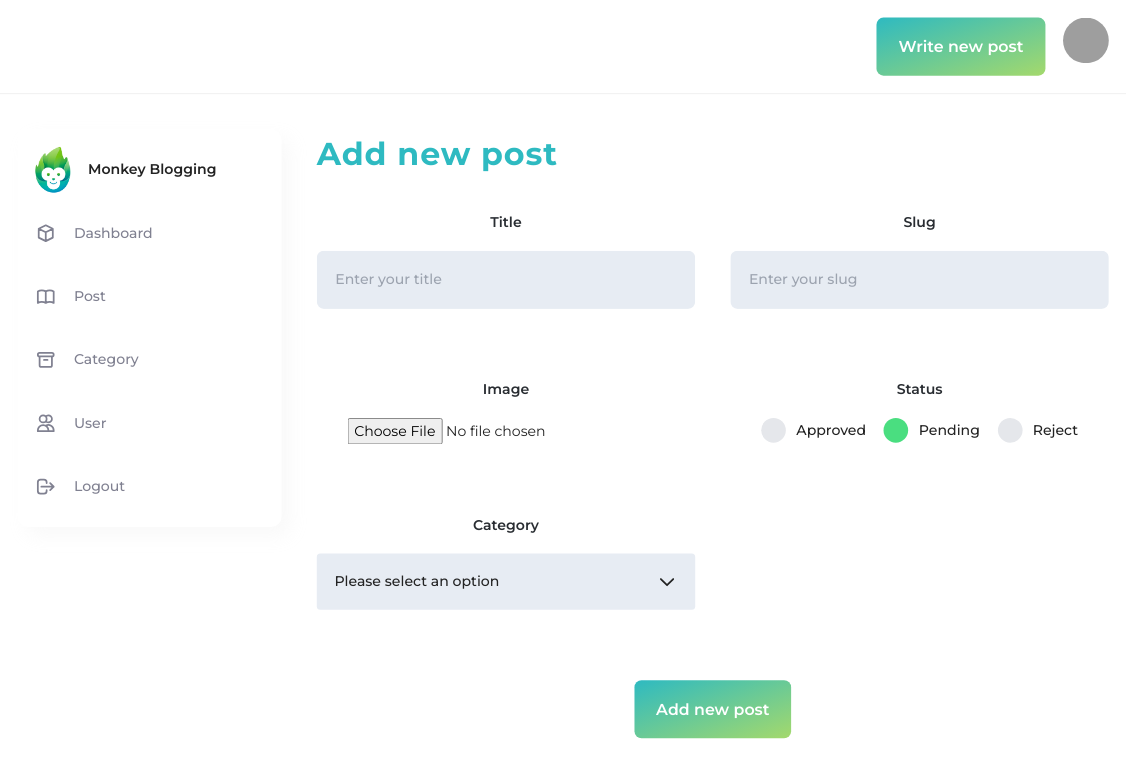
Repository: ThanhPhongsof/react-course-projects
Page: /manage/add-post (app in react-monkey-bloging/)
An editor plug-in stored every save of this project. The page is shown before and after the next save, followed by the edit.
The browser window is 1280 px wide. The pictures show the whole page, at 88% of full size.
Pictures or frames that could not be fetched are drawn as grey boxes. The project was rebuilt for these pictures with package versions that can differ from the ones it lists, and the page was loaded fresh each time. Also part of the build but not shown: react-monkey-bloging/src/page/AuthenticationPage.js, react-monkey-bloging/src/components/icon/IconEyeOpen.js, react-monkey-bloging/src/components/icon/IconEyeClose.js, react-monkey-bloging/src/components/icon/index.js, react-monkey-bloging/src/components/input/InputPasswordToggle.js, react-monkey-bloging/src/page/SignUpPage.js, react-monkey-bloging/src/page/SignInPage.js, react-monkey-bloging/src/components/layout/Header.js and 21 more. Imported but missing from the stored project, and not drawn on this page: react-monkey-bloging/src/components/loading/LoadingSpinner, react-monkey-bloging/src/module/post/PostMeta.

Above is the page before, as saved 2022-05-09 09:10:04.

### react-monkey-bloging/public/index.html
<!DOCTYPE html>
<html lang="en">
  <head>
    <meta charset="utf-8" />
    <link rel="icon" href="%PUBLIC_URL%/favicon.ico" />
    <meta name="viewport" content="width=device-width, initial-scale=1" />
    <meta name="theme-color" content="#000000" />
    <meta
      name="description"
      content="Web site created using create-react-app"
    />
    <link rel="apple-touch-icon" />

    <link rel="manifest" href="%PUBLIC_URL%/manifest.json" />
    <link rel="preconnect" href="https://fonts.googleapis.com" />
    <link rel="preconnect" href="https://fonts.gstatic.com" crossorigin />
    <link
      href="https://fonts.googleapis.com/css2?family=Montserrat:wght@400;500;600;700&display=swap"
      rel="stylesheet"
    />
    <title>Monkey Blogging App</title>
  </head>
  <body>
    <noscript>You need to enable JavaScript to run this app.</noscript>
    <div id="root"></div>
    <!--
      This HTML file is a template.
      If you open it directly in the browser, you will see an empty page.

      You can add webfonts, meta tags, or analytics to this file.
      The build step will place the bundled scripts into the <body> tag.

      To begin the development, run `npm start` or `yarn start`.
      To create a production bundle, use `npm run build` or `yarn build`.
    -->
  </body>
</html>

### react-monkey-bloging/src/index.js
import React from "react";
import "./styles/index.scss";
import App from "./App";
import reportWebVitals from "./reportWebVitals";
import { ThemeProvider } from "styled-components";
import { GlobalStyles } from "./styles/GlobalStyles";
import { theme } from "./utils/constants";
import { BrowserRouter } from "react-router-dom";
import { createRoot } from "react-dom/client";
import { ToastContainer } from "react-toastify";
import "react-toastify/dist/ReactToastify.css";
const container = document.getElementById("root");
const root = createRoot(container);

root.render(
  <React.StrictMode>
    <ThemeProvider theme={theme}>
      <GlobalStyles></GlobalStyles>
      <BrowserRouter>
        <App />
        <ToastContainer></ToastContainer>
      </BrowserRouter>
    </ThemeProvider>
  </React.StrictMode>
);

reportWebVitals();

### react-monkey-bloging/src/styles/index.scss
@tailwind base;
@tailwind components;
@tailwind utilities;
@import "reset";

@layer base {
  body {
    line-height: 1.5;
    // -webkit-font-smoothing: antialiased;
    -webkit-tap-highlight-color: rgba(0, 0, 0, 0);
    font-family: "Montserrat", sans-serif;
    font-size: 16px;
    color: #232323;
  }
}
.container {
  width: 100%;
  max-width: 1260px;
  margin: 0 auto;
  padding: 0 20px;
}
a {
  text-decoration: none;
  color: inherit;
}
.text-primary {
  color: #a4d96c;
}
.grid-layout {
  display: grid;
  grid-auto-columns: 235px;
  gap: 20px;
  -ms-overflow-style: none;
  scrollbar-width: none;
  &::-webkit-scrollbar {
    display: none;
  }
  @media screen and (min-width: 1024px) {
    grid-template-columns: repeat(3, minmax(0, 1fr));
    gap: 40px;
  }
  @media screen and (max-width: 1023.98px) {
    grid-auto-flow: column;
    scroll-snap-type: x mandatory;
    overflow-x: auto;
  }
  & > * {
    scroll-snap-align: start;
  }
  &--primary {
    grid-auto-columns: 220px;
    @media screen and (min-width: 1024px) {
      grid-template-columns: repeat(4, minmax(0, 1fr));
    }
  }
}
.home-block {
  padding-bottom: 40px;
  @media screen and (min-width: 1024px) {
    padding-bottom: 60px;
  }
}
.entry-content {
  font-size: 16px;
  h2,
  h3,
  h4 {
    font-weight: bold;
    margin-bottom: 20px;
  }
  h2 {
    font-size: 32px;
  }
  h3 {
    font-size: 26px;
  }
  h4 {
    font-size: 22px;
  }
  p {
    margin-bottom: 20px;
    line-height: 2;
  }
  figure {
    margin-bottom: 20px;
  }
  figure img {
    border-radius: 20px;
    margin-bottom: 10px;
  }
  figcaption {
    text-align: center;
    font-style: italic;
    font-size: 14px;
    color: #6b6b6b;
  }
  @media screen and (max-width: 1023.98px) {
    font-size: 14px;
    h2 {
      font-size: 26px;
    }
    h3 {
      font-size: 24px;
    }
    h4 {
      font-size: 20px;
    }
  }
}
.hidden-input {
  border: 0;
  clip: rect(0 0 0 0);
  height: 1px;
  margin: -1px;
  overflow: hidden;
  padding: 0;
  position: absolute;
  width: 1px;
  white-space: nowrap;
}

### react-monkey-bloging/src/App.js
import { Route, Routes } from "react-router-dom";
import { AuthProvider } from "./contexts/auth-context";
import SignUpPage from "./page/SignUpPage";
import SignInPage from "page/SignInPage";
import HomePage from "page/HomePage";
import NotFoundPage from "page/NotFoundPage";
import PostDetailsPage from "page/PostDetailsPage";
import DashboardLayout from "module/dashboard/DashboardLayout";
import DashboardPage from "page/DashboardPage";
import PostManage from "module/post/PostManage";
import PostAddNew from "module/post/PostAddNew";

const App = () => {
  return (
    <div>
      <AuthProvider>
        <Routes>
          <Route path="/" element={<HomePage></HomePage>}></Route>
          <Route path="/sign-up" element={<SignUpPage></SignUpPage>}></Route>
          <Route path="/sign-in" element={<SignInPage></SignInPage>}></Route>
          <Route path="*" element={<NotFoundPage></NotFoundPage>}></Route>
          <Route
            path="/:slug"
            element={<PostDetailsPage></PostDetailsPage>}
          ></Route>
          <Route element={<DashboardLayout></DashboardLayout>}>
            <Route
              path="/dashboard"
              element={<DashboardPage></DashboardPage>}
            ></Route>
            <Route
              path="/manage/post"
              element={<PostManage></PostManage>}
            ></Route>
            <Route
              path="/manage/add-post"
              element={<PostAddNew></PostAddNew>}
            ></Route>
          </Route>
        </Routes>
      </AuthProvider>
    </div>
  );
};

export default App;

### react-monkey-bloging/src/utils/constants.js
export const theme = {
  primary: "#2EBAC1",
  secondary: "#A4D96C",
  grayDark: "#292D32",
  grayLight: "#E7ECF3",
  grayScale: "#6B6B6B",
  tertiary: "#3A1097",
  accent: "#00D1ED",
  purpleLight: "#F3EDFF",
  gray23: "#232323",
  gray80: "#808191",
};

export const postStatus = {
  APPROVED: 1,
  PENDING: 2,
  REJECTED: 3,
};

### react-monkey-bloging/src/styles/_reset.scss
* {
  margin: 0;
  padding: 0;
}
img,
picture,
video,
canvas,
svg {
  display: block;
  max-width: 100%;
}
input,
button,
textarea,
select {
  font: inherit;
  outline: none;
  border: none;
}
p,
h1,
h2,
h3,
h4,
h5,
h6 {
  overflow-wrap: break-word;
}

### react-monkey-bloging/src/contexts/auth-context.js
import { auth } from "firebase-app/firebase-config";
import { onAuthStateChanged } from "firebase/auth";
import { createContext, useContext, useEffect, useState } from "react";

const AuthContext = createContext();

const AuthProvider = (props) => {
  const [userInfo, setUserInfo] = useState({});
  const value = { userInfo, setUserInfo };
  useEffect(() => {
    onAuthStateChanged(auth, (user) => {
      setUserInfo(user);
    });
  }, []);
  return <AuthContext.Provider {...props} value={value}></AuthContext.Provider>;
};

const useAuth = () => {
  const context = useContext(AuthContext);
  if (typeof context === "undefined")
    throw new Error("useAuth must be used within AuthProvider");
  return context;
};

export { useAuth, AuthProvider };

### react-monkey-bloging/src/module/dashboard/DashboardLayout.js
import React from "react";
import { Outlet } from "react-router-dom";
import styled from "styled-components";
import DashboardHeader from "./DashboardHeader";
import Sidebar from "./Sidebar";

const DashboardLayoutStyles = styled.div`
  max-width: 1600px;
  margin: 0 auto;
  .dashboard {
    &-heading {
      font-weight: bold;
      font-size: 36px;
      margin-bottom: 40px;
      color: ${(props) => props.theme.primary};
      letter-spacing: 1px;
    }
    &-main {
      display: grid;
      grid-template-columns: 300px minmax(0, 1fr);
      padding: 40px 20px;
      gap: 0 40px;
      align-items: start;
    }
  }
`;

const DashboardLayout = () => {
  return (
    <DashboardLayoutStyles>
      <DashboardHeader></DashboardHeader>
      <div className="dashboard-main">
        <Sidebar></Sidebar>
        <div className="dashboard-children">
          <Outlet></Outlet>
        </div>
      </div>
    </DashboardLayoutStyles>
  );
};

export default DashboardLayout;

### react-monkey-bloging/src/module/post/PostAddNew.js
import React from "react";
import { useForm } from "react-hook-form";
import styled from "styled-components";
import { Field } from "components/field";
import { Label } from "components/label";
import { Input } from "components/input";
import { Button } from "components/button";
import { Checkbox, Radio } from "components/checkbox";
import { Dropdown } from "components/dropdown";
import slugify from "slugify";
import { postStatus } from "utils/constants";
import {
  getStorage,
  ref,
  uploadBytesResumable,
  getDownloadURL,
} from "firebase/storage";
import { toast } from "react-toastify";

const PostAddNewStylis = styled.div``;

const PostAddNew = () => {
  const { control, watch, setValue, handleSubmit } = useForm({
    mode: "onChange",
    defaultValues: {
      title: "",
      slug: "",
      status: 2,
      category: "",
    },
  });
  const watchStatus = watch("status");
  const watchCategory = watch("category");
  const addPostHandler = async (values) => {
    const cloneValues = { ...values };
    values.slug = slugify(values.slug || values.title);
    values.status = Number(values.status);
    handleUploadImage(cloneValues.image);
  };

  const handleUploadImage = (file) => {
    const storage = getStorage();
    const storageRef = ref(storage, "images/" + file.name);
    const uploadTask = uploadBytesResumable(storageRef, file);
    uploadTask.on(
      "state_changed",
      (snapshot) => {
        const progress =
          (snapshot.bytesTransferred / snapshot.totalBytes) * 100;
        console.log("Upload is" + progress + "% done");
        switch (snapshot.state) {
          case "pause":
            console.log("Upload is paused");
            break;
          case "running":
            console.log("Upload is running");
            break;
          default:
            console.log("Nothing at all");
            break;
        }
      },
      (error) => {
        toast.message(error.message);
      },
      () => {
        getDownloadURL(uploadTask.snapshot.ref).then((downloadURL) => {
          console.log("File available at", downloadURL);
        });
      }
    );
  };

  const onSelecteImage = (e) => {
    const file = e.target.files[0];
    if (!file) return;
    setValue("image", file);
  };

  return (
    <PostAddNewStylis>
      <h1 className="dashboard-heading">Add new post</h1>
      <form onSubmit={handleSubmit(addPostHandler)}>
        <div className="grid grid-cols-2 mb-10 gap-x-10">
          <Field>
            <Label>Title</Label>
            <Input
              name="title"
              control={control}
              placeholder="Enter your title"
              required
            />
          </Field>
          <Field>
            <Label>Slug</Label>
            <Input
              name="slug"
              control={control}
              placeholder="Enter your slug"
            />
          </Field>
        </div>
        <div className="grid grid-cols-2 mb-10 gap-x-10">
          <Field>
            <Label>Image</Label>
            <input type="file" name="image" onChange={onSelecteImage} />
          </Field>
          <Field>
            <Label>Status</Label>
            <div className="flex items-center gap-x-5">
              <Radio
                name="status"
                control={control}
                checked={Number(watchStatus) === postStatus.APPROVED}
                value={postStatus.APPROVED}
              >
                Approved
              </Radio>
              <Radio
                name="status"
                control={control}
                checked={Number(watchStatus) === postStatus.PENDING}
                value={postStatus.PENDING}
              >
                Pending
              </Radio>
              <Radio
                name="status"
                control={control}
                checked={Number(watchStatus) === postStatus.REJECTED}
                value={postStatus.REJECTED}
              >
                Reject
              </Radio>
            </div>
          </Field>
        </div>
        <div className="grid grid-cols-2 mb-10 gap-x-10">
          <Field>
            <Label>Category</Label>
            <Dropdown>
              <Dropdown.Option>Knowledge</Dropdown.Option>
              <Dropdown.Option>Blockchain</Dropdown.Option>
              <Dropdown.Option>Setup</Dropdown.Option>
              <Dropdown.Option>Nature</Dropdown.Option>
              <Dropdown.Option>Developer</Dropdown.Option>
            </Dropdown>
          </Field>
          <Field></Field>
        </div>
        <Button type="submit" className="mx-auto">
          Add new post
        </Button>
      </form>
    </PostAddNewStylis>
  );
};

export default PostAddNew;

### react-monkey-bloging/src/firebase-app/firebase-config.js
import { initializeApp } from "firebase/app";
import { getFirestore } from "firebase/firestore";
import { getAuth } from "firebase/auth";
const firebaseConfig = {
  apiKey: "AIzaSyAdpQ4sW6LhnaANOQOgJJZImO0FWC0Ar70",
  authDomain: "monkey-blogging-da39c.firebaseapp.com",
  projectId: "monkey-blogging-da39c",
  storageBucket: "monkey-blogging-da39c.appspot.com",
  messagingSenderId: "1089989654619",
  appId: "1:1089989654619:web:f211b6c6805ab03926a77e",
};

// Initialize Firebase
const app = initializeApp(firebaseConfig);
export const db = getFirestore(app);
export const auth = getAuth(app);

### react-monkey-bloging/src/components/label/index.js
import Label from "./Label";
export { Label };

### react-monkey-bloging/src/components/input/index.js
import Input from "./Input";
export { Input };

### react-monkey-bloging/src/components/field/index.js
import Field from "./Field";
export { Field };

### react-monkey-bloging/src/module/dashboard/DashboardHeader.js
import { Button } from "components/button";
import React from "react";
import styled from "styled-components";

const DashboardHeaderStyles = styled.div`
  background-color: white;
  padding: 20px;
  border-bottom: 1px solid #eee;
  display: flex;
  justify-content: flex-end;
  gap: 20px;
  .header-avatar {
    width: 52px;
    height: 52px;
    img {
      width: 100%;
      height: 100%;
      object-fit: cover;
      border-radius: 100rem;
    }
  }
`;

const DashboardHeader = () => {
  return (
    <DashboardHeaderStyles>
      <Button type="button" to="/dashboard" className="header-button">
        Write new post
      </Button>
      <div className="header-avatar">
        <img
          src="https://images.unsplash.com/photo-1568602471122-7832951cc4c5?ixlib=rb-1.2.1&ixid=MnwxMjA3fDB8MHxwaG90by1wYWdlfHx8fGVufDB8fHx8&auto=format&fit=crop&w=3270&q=80"
          alt="avatar"
        />
      </div>
    </DashboardHeaderStyles>
  );
};

export default DashboardHeader;

### react-monkey-bloging/src/components/checkbox/index.js
import Checkbox from "./Checkbox";
import Radio from "./Radio";

export { Checkbox, Radio };

### react-monkey-bloging/src/components/dropdown/index.js
import Dropdown from "./Dropdown";
import Option from "./Option";
import Search from "./Search";

Dropdown.Option = Option;
Dropdown.Search = Search;

export { Dropdown };

### react-monkey-bloging/src/components/label/Label.js
import React from "react";
import styled from "styled-components";

const LabelStyles = styled.label`
  color: ${(props) => props.theme.grayDark};
  font-weight: 600;
  cursor: pointer;
`;

const Label = ({ htmlFor = "", children, ...props }) => {
  return (
    <LabelStyles htmlFor={htmlFor} {...props}>
      {children}
    </LabelStyles>
  );
};

export default Label;

### react-monkey-bloging/src/components/input/Input.js
import React from "react";
import styled from "styled-components";
import { useController } from "react-hook-form";

const InputStyles = styled.div`
  position: relative;
  width: 100%;
  input {
    width: 100%;
    padding: ${(props) => (props.hasIcon ? "20px 60px 20px 20px" : "20px")};
    background-color: ${(props) => props.theme.grayLight};
    border-radius: 8px;
    font-weight: 500;
    transition: all 0.2s linear;
    border: 1px solid transparent;
  }
  input:focus {
    background-color: white;
    border-color: ${(props) => props.theme.primary};
  }
  input:-webkit-input-placeholder {
    color: #84878b;
    font-weight: 500;
    transition: all 0.2s linear;
  }
  input::-moz-input-placeholder {
    color: #84878b;
  }
  .input-icon {
    position: absolute;
    right: 20px;
    top: 50%;
    transform: translateY(-50%);
    cursor: pointer;
  }
`;

const Input = ({ name = "", type = "text", children, control, ...props }) => {
  const { field } = useController({ control, name, defaultValue: "" });

  return (
    <InputStyles hasIcon={children ? true : false}>
      <input id={name} type={type} {...props} {...field} />
      {children ? <div className="input-icon">{children}</div> : null}
    </InputStyles>
  );
};

export default Input;

### react-monkey-bloging/src/components/Field/Field.js
import React from "react";
import styled from "styled-components";

const FieldStyles = styled.div`
  display: flex;
  flex-direction: column;
  align-items: center;
  row-gap: 20px;
  margin-bottom: 40px;
  &:last-child {
    margin-bottom: 0;
  }
`;

const Field = ({ children }) => {
  return <FieldStyles>{children}</FieldStyles>;
};

export default Field;

### react-monkey-bloging/src/components/checkbox/Radio.js
import React from "react";
import { useController } from "react-hook-form";

const Radio = ({ checked, children, control, name, ...rest }) => {
  const { field } = useController({ control, name, defaultValue: "" });
  return (
    <label>
      <input
        type="radio"
        className="hidden-input"
        checked={checked}
        onChange={() => {}}
        {...field}
        {...rest}
      />
      <div className="flex items-center font-medium cursor-pointer gap-x-3">
        <div
          className={`w-7 h-7 rounded-full ${
            checked ? "bg-green-400" : "bg-gray-200"
          }`}
        ></div>
        <span>{children}</span>
      </div>
    </label>
  );
};

export default Radio;

### react-monkey-bloging/src/components/dropdown/Dropdown.js
import { DropdonwProvider } from "contexts/dropdown-context";
import React, { useState } from "react";
const Dropdown = ({
  placeholder = "Please select an option",
  children,
  ...props
}) => {
  const [show, setShow] = useState(false);
  const handleToggleDropdown = () => {
    setShow(!show);
  };

  return (
    <DropdonwProvider {...props}>
      <div className="relative inline-block w-full">
        <div
          className="flex items-center justify-between p-5 rounded cursor-pointer bg-[#E7ECF3] font-medium"
          onClick={handleToggleDropdown}
        >
          <span>{placeholder}</span>
          <span>
            {show ? (
              <svg
                xmlns="http://www.w3.org/2000/svg"
                className="w-6 h-6"
                fill="none"
                viewBox="0 0 24 24"
                stroke="currentColor"
                strokeWidth="2"
              >
                <path
                  strokeLinecap="round"
                  strokeLinejoin="round"
                  d="M5 15l7-7 7 7"
                />
              </svg>
            ) : (
              <svg
                xmlns="http://www.w3.org/2000/svg"
                className="w-6 h-6"
                fill="none"
                viewBox="0 0 24 24"
                stroke="currentColor"
                strokeWidth="2"
              >
                <path
                  strokeLinecap="round"
                  strokeLinejoin="round"
                  d="M19 9l-7 7-7-7"
                />
              </svg>
            )}
          </span>
        </div>
        {show && (
          <div className="absolute left-0 w-full bg-white shadow-sm top-full">
            {children}
          </div>
        )}
      </div>
    </DropdonwProvider>
  );
};

export default Dropdown;

### react-monkey-bloging/src/components/loading/index.js
import LoadingSpinner from "./LoadingSpinner";

export { LoadingSpinner };

### react-monkey-bloging/src/contexts/dropdown-context.js
const { createContext, useContext } = require("react");

const DropdonwContext = createContext();
const DropdonwProvider = (props) => {
  return (
    <DropdonwContext.Provider value={props}>
      {props.children}
    </DropdonwContext.Provider>
  );
};

const useDropdown = () => {
  const context = useContext(DropdonwContext);
  if (typeof context === "undefined")
    throw new Error("useDropdown must be used within DropdownProvider");
  return context;
};

export { useDropdown, DropdonwProvider };

### react-monkey-bloging/src/components/image/ImageUpload.js
import React from "react";
import styled from "styled-components";

const ImageUploadStyles = styled.label`
  display: flex;
  align-items: center;
  justify-content: center;
  background-color: rgb(107 114 128);
  border-width: 1px;
  border-style: dashed;
  width: 100%;
  min-height: 200px;
  position: relative;
  overflow: hidden;
  border-radius: 8px;
  cursor: pointer;
  image {
    &-display {
      display: flex;
      flex-direction: column;
      align-items: center;
      text-align: center;
      pointer-events: none;
      &-choose {
        font-weight: 500;
      }
      img {
        max-width: 80px;
        margin-bottom: 5px;
      }
    }
    &-overlay {
      position: absolute;
      width: 0px;
      height: 1px;
      background-color: rgb(74 222 128);
      left: 0;
      bottom: 0;
      transition-property: all;
      transition-timing-function: cubic-bezier(0.4, 0, 0.2, 1);
      transition-duration: 150ms;
    }
  }
`;

const ImageUpload = ({ name, className, ...rest }) => {
  return (
    <ImageUploadStyles className={className}>
      <input
        type="file"
        name={name}
        className="hidden-input"
        onChange={() => {}}
        {...rest}
      />
      <div className="image-display">
        <img src="/img-upload.png" alt="upload-img" />
        <p className="image-choose"></p>
      </div>
      .image-overlay
    </ImageUploadStyles>
  );
};

export default ImageUpload;

Loaded but not shown: react-monkey-bloging/src/reportWebVitals.js (common file); react-monkey-bloging/src/styles/GlobalStyles.js (common file); react-monkey-bloging/src/styles/GlobalClasses.js (common file); react-monkey-bloging/src/components/button/index.js (common file); react-monkey-bloging/tailwind.config.js (common file); react-monkey-bloging/src/module/dashboard/Sidebar.js (159 lines, source omitted); react-monkey-bloging/src/components/button/Button.js (80 lines, source omitted)

After the next save:
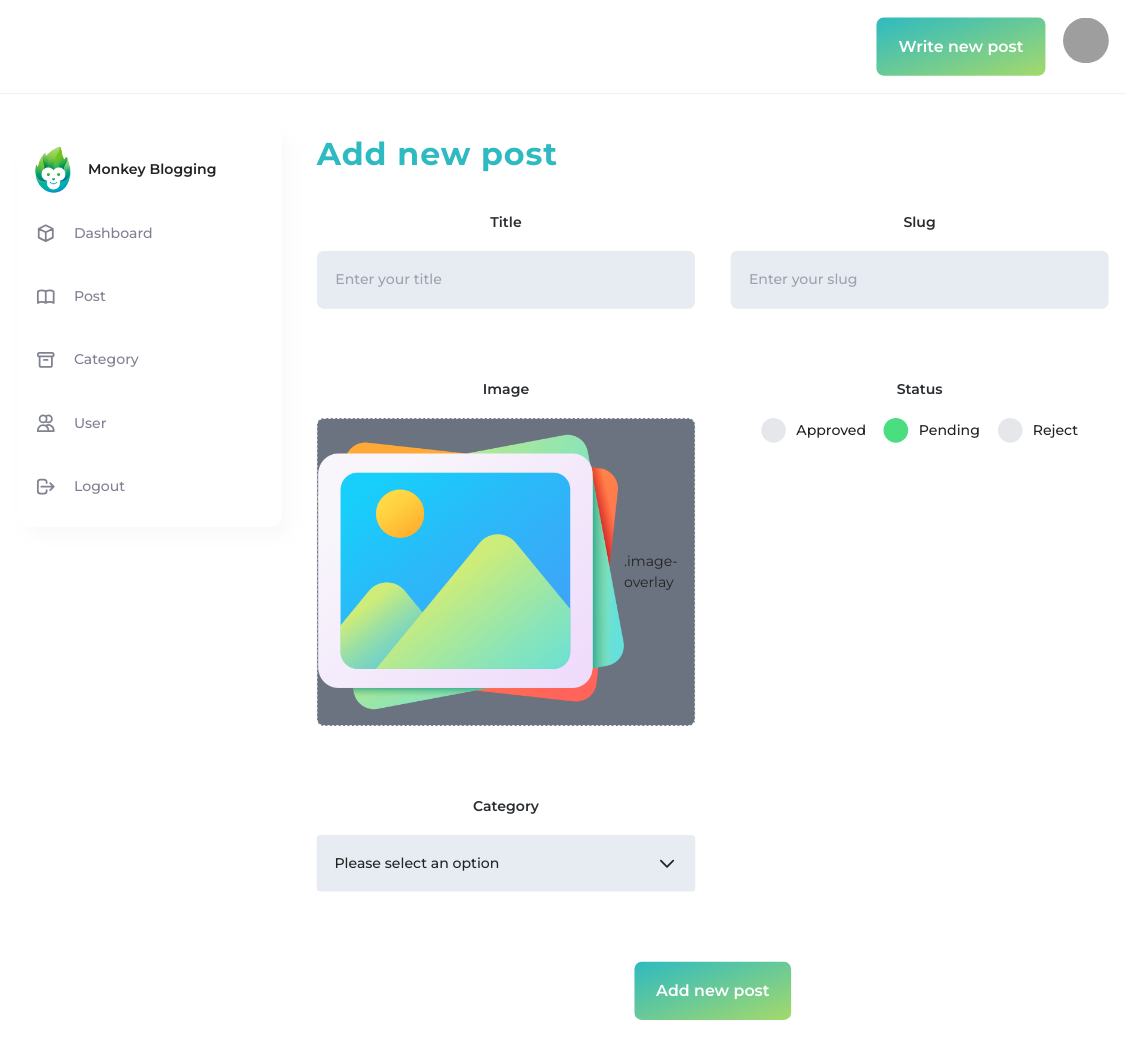
Saved 82 s later.
--- a/react-monkey-bloging/src/module/post/PostAddNew.js
+++ b/react-monkey-bloging/src/module/post/PostAddNew.js
@@ -16,6 +16,7 @@ import {
   getDownloadURL,
 } from "firebase/storage";
 import { toast } from "react-toastify";
+import ImageUpload from "components/image/ImageUpload";
 
 const PostAddNewStylis = styled.div``;
 
@@ -103,7 +104,8 @@ const PostAddNew = () => {
         <div className="grid grid-cols-2 mb-10 gap-x-10">
           <Field>
             <Label>Image</Label>
-            <input type="file" name="image" onChange={onSelecteImage} />
+
+            <ImageUpload name="image" onChange={onSelecteImage}></ImageUpload>
           </Field>
           <Field>
             <Label>Status</Label>
